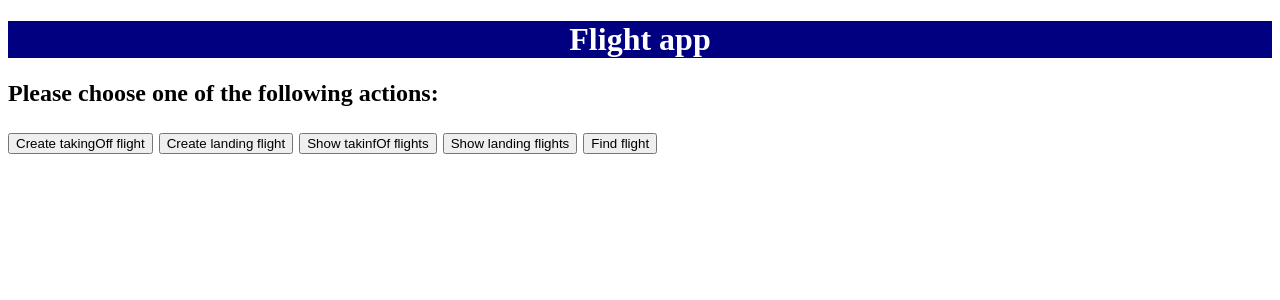
Repository: kerenrachev/Flight-App-Project
Page: FlightApp/WebContent/Web.html
An editor plug-in stored every save of this project. The page is shown before and after the next save, followed by the edit.
The browser window is 1280 px wide. The pictures show the whole page.

Above is the page before, as saved 2020-08-19 15:38:07.

### FlightApp/WebContent/Web.html
<!DOCTYPE html>
<html>
<head>
<meta charset="windows-1255">
<title>"HELLO"</title>
</head>
<style>
h1 {
  background-color: navy;
  color: white;
  text-align: center;
}
h2{
  align-items: center;
}
</style>
<body>
<h1> Flight app </h1>
<h2> Please choose one of the following actions: <h2>
<button type="Button">Create takingOff flight</button>
<button type="Button">Create landing flight</button>
<button type="Button">Show takinfOf flights</button>
<button type="Button">Show landing flights</button>
<button type="Button">Find flight</button>


<script> alert ('hey')</script>
</body>
</html>

After the next save:
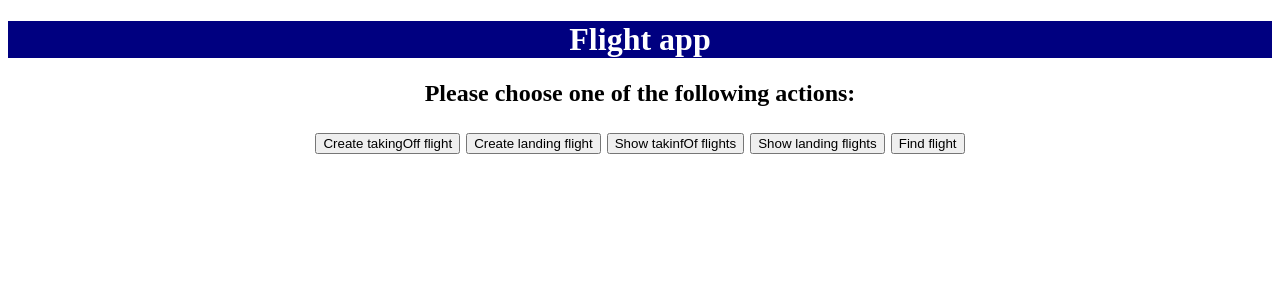
Saved 11 s later.
--- a/FlightApp/WebContent/Web.html
+++ b/FlightApp/WebContent/Web.html
@@ -11,7 +11,7 @@ h1 {
   text-align: center;
 }
 h2{
-  align-items: center;
+  text-align: center;
 }
 </style>
 <body>
